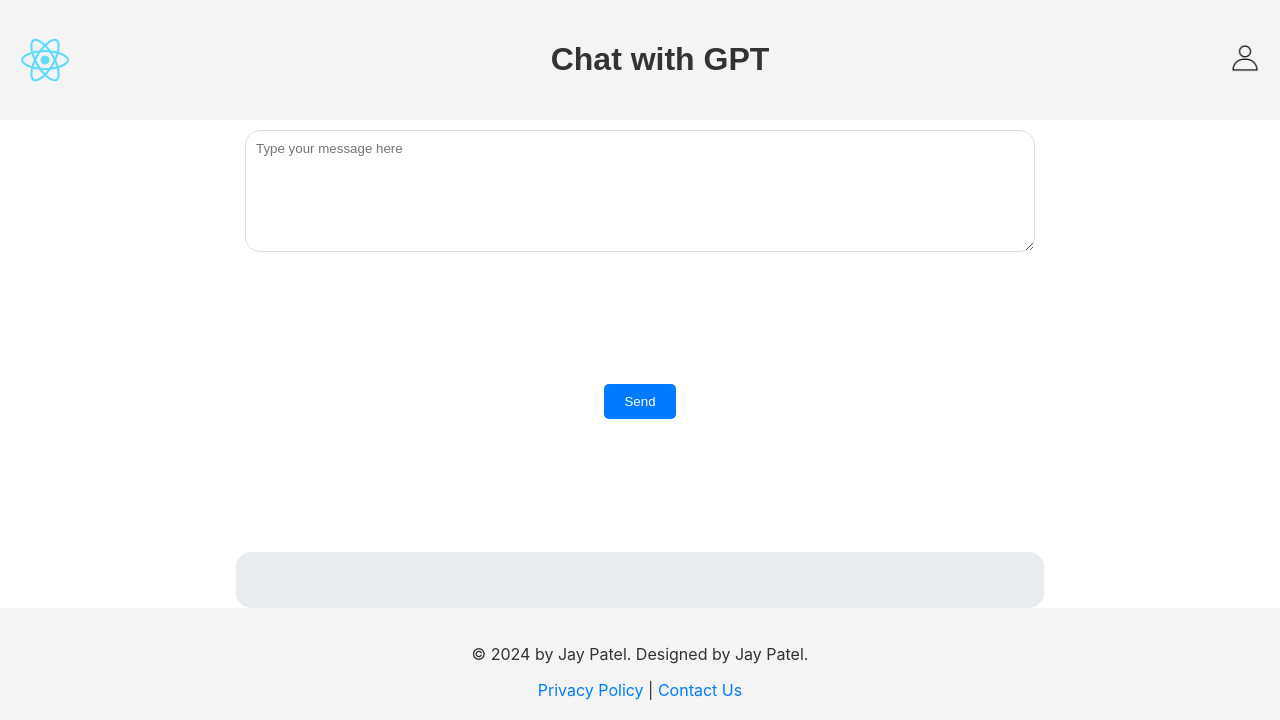
Repository: jforjay1/Custom-GPT
Page: / (app in ethem-alpaydin-gpt/)
An editor plug-in stored every save of this project. The page is shown before and after the next save, followed by the edit.
The browser window is 1280 px wide. The pictures show the whole page.
The project was rebuilt for these pictures with package versions that can differ from the ones it lists, and the page was loaded fresh each time.

Above is the page before, as saved 2024-01-10 11:05:05.

After the next save:
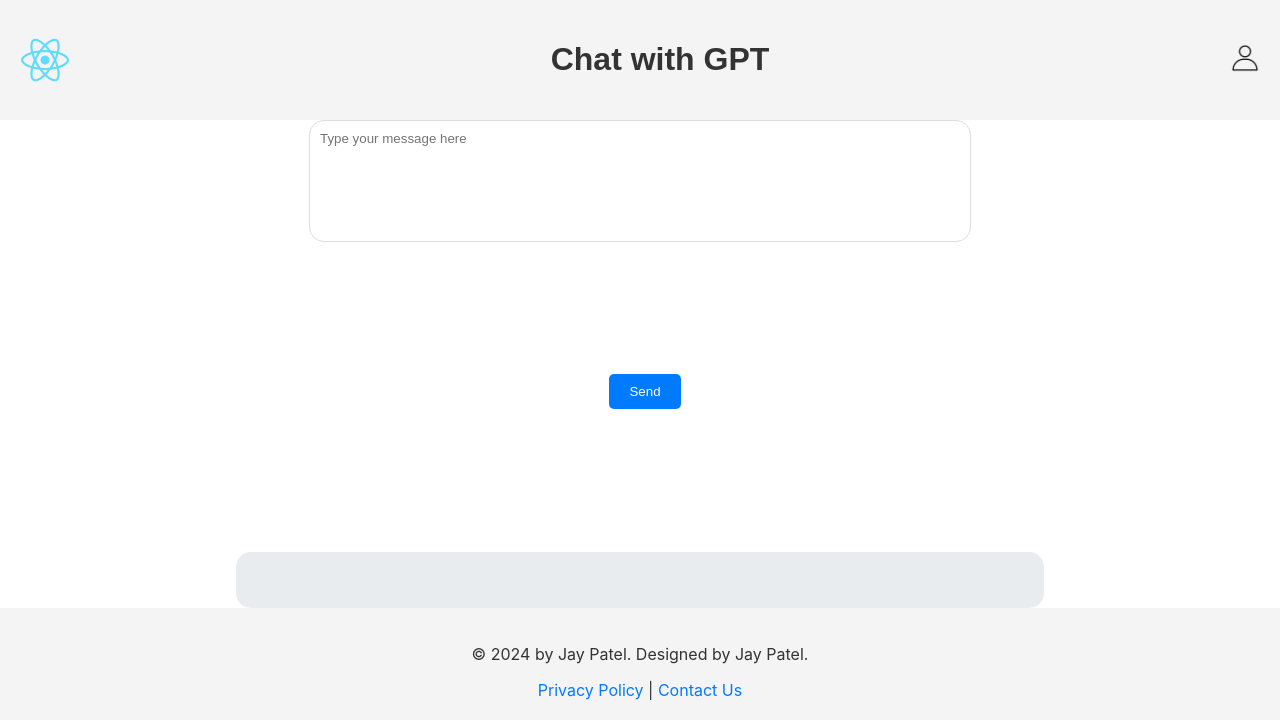
Saved 43 min 24 s later.
--- a/ethem-alpaydin-gpt/src/App.css
+++ b/ethem-alpaydin-gpt/src/App.css
@@ -23,14 +23,20 @@
   flex-grow: 1;
 }
 
+.input-area {
+  display: flex; /* Aligns elements horizontally */
+  align-items: center; /* Aligns items vertically */
+  margin: 10px;
+}
+
 .message-input {
-  width: 60%;
+  width: 50%; /* Adjust width as necessary */
   height: 100px;
-  margin: 10px;
   padding: 10px;
   border-radius: 15px;
   border: 1px solid #ddd;
-  font-family: 'Arial', sans-serif;
+  font-family: 'Arial', sans-serif; /* Consistent font */
+  resize: none; /* Optional: Prevents resizing of textarea */
 }
 
 .send-button {
@@ -41,6 +47,8 @@
   border-radius: 5px;
   cursor: pointer;
   transition: background-color 0.3s;
+  font-family: 'Arial', sans-serif; /* Consistent font */
+  margin-left: 10px; /* Space between text box and button */
 }
 
 .send-button:hover {
@@ -53,6 +61,7 @@
   border-radius: 15px;
   padding: 20px;
   margin-top: 10px;
+  font-family: 'Arial', sans-serif; /* Consistent font */
 }
 
 .company-logo {
